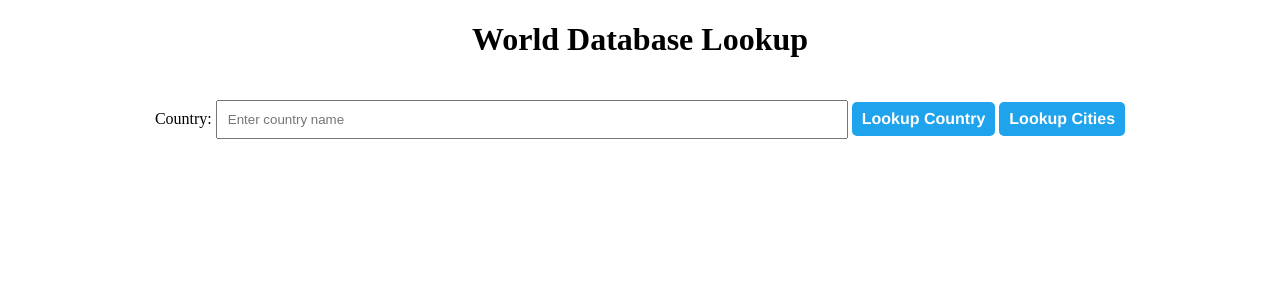
Repository: jvsonjohnson/info2180-lab7
Page: index.html
The author's editor kept a record of every edit. The page is drawn from the files as they stood at one moment, then again after the next edit.
The browser window is 1280 px wide. The pictures show the whole page.

Above is the page before.
Console error: TypeError: Cannot read properties of undefined (reading 'addEventListener')

### index.html
<!DOCTYPE html>
<html>
	<head>
        <meta charset="utf-8">
		<title>World Database Lookup</title>

		<!-- you can modify this as needed or to your preference -->
		<link href="world.css" type="text/css" rel="stylesheet" />

		<!-- you write this -->
		<script src="world.js" type="text/javascript"></script>
	</head>

	<body>
		<header>
			<h1>World Database Lookup</h1>
		</header>

		<main>
			<div id="controls">
				<label for="country">Country:</label>
				<input id="country" type="search" name="country" placeholder="Enter country name" />
				<button id="lookup" class="btn btn-primary">Lookup Country</button>
				<button id="lookup2" class="btn btn-primary">Lookup Cities</button>
			</div>

			<div id="result">
				<!-- countries will appear here -->
			</div>
		</main>

	</body>
</html>

### world.css
/* Add your own styles */

table{
    margin-top: 30px;
    border:1px solid black;
}
table td, table th{
    padding: 6px 10px;
}

header h1{
    text-align: center;
}
#controls{
    text-align: center;
}

#country{
  margin-top: 20px;
  width: 50%;
  padding: 10px;
}

.btn {
  display: inline-block;
  margin: 0;
  padding: 5px 10px;
  border: 0;
  border-radius: 5px;
  background-color: #aaa;
  color: #fff;
  text-decoration: none;
  font-weight: 700;
  font-size: 1rem;
  line-height: 1.5;
  font-family: "Helvetica Neue", Arial, sans-serif;
  cursor: pointer;
}

.btn-primary {
  background-color: #1fa3ec;
  margin-top: 20px;
}

.btn:hover {
  opacity: 0.85;
}

### world.js
window.onload = function() {
  var btn = document.getElementById("lookup");
  var result = document.getElementById("result");


  btn[0].addEventListener("click", function() {
    let searchValue = document.getElementById("country").value;

    var http = new XMLHttpRequest();

    http.onreadystatechange = function() {
      if (this.readyState == 4 && this.status == 200) {
        result.innerHTML = this.responseText;
      }
    };

    http.open("GET", "world.php?query=" + searchValue, true);
    http.send();
  });
};

After the next edit:
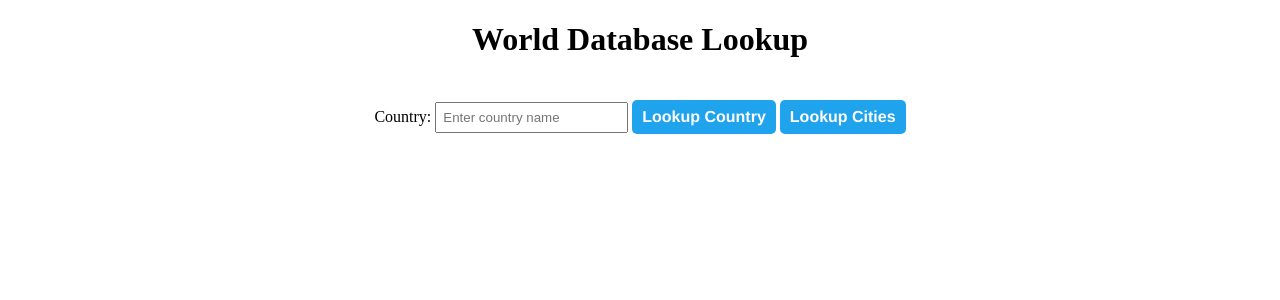
The edit:
--- a/world.css
+++ b/world.css
@@ -17,8 +17,7 @@
 
 #country{
   margin-top: 20px;
-  width: 50%;
-  padding: 10px;
+  padding: 6px;
 }
 
 .btn {
